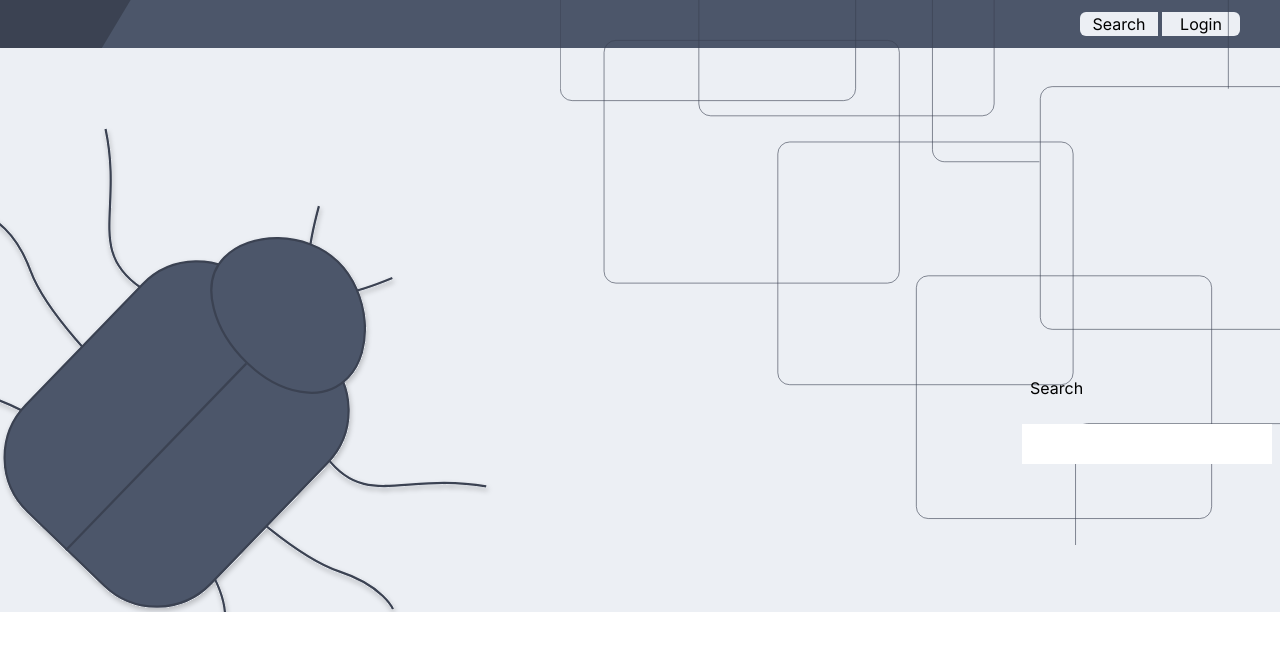
Repository: Qu4ntumGuy/project-bug
Page: /
These files come from the project's save history. The page is drawn as it stood at one moment and after the next save; the edit follows.
The browser window is 1280 px wide. The pictures show the whole page.
The project was rebuilt for these pictures with package versions that can differ from the ones it lists, and the page was loaded fresh each time. The framework's server and built-in components were replaced by stand-ins that run in the browser. Also part of the build but not shown: next.config.mjs.

Above is the page before, as saved 2024-02-11 23:57:43.

### src/app/layout.js
import { Inter } from "next/font/google";
import "./globals.css";

const inter = Inter({ subsets: ["latin"] });

export default function RootLayout({ children }) {
  return (
    <html lang="en">
      <head>
        <title>Project-bug</title>
        <meta name="description" content="Description goes here." />
        <link rel="preconnect" href="https://fonts.googleapis.com" />
        <link rel="preconnect" href="https://fonts.gstatic.com" crossorigin />
        <link
          href="https://fonts.googleapis.com/css2?family=Fira+Code:wght@300;400;500;600&display=swap"
          rel="stylesheet"
        />
      </head>
      <body className={inter.className}>{children}</body>
    </html>
  );
}

### src/app/page.js
import Navbar from "@/components/Navbar";
import Image from "next/image";
import bug from "../../public/Bug.svg";
import bgdesign from "../../public/bgDesign.svg";
import bgmain from "../../public/bg-main.svg";

export default function Home() {
  const bgimg = "/Bug.svg";
  return (
    <div className="bg-[#ECEFF4] overflow-hidden ">
      <Navbar />
      <div className="flex justify-between">
        {/* <Image className="" src={bug} alt="bug" />
        <Image className=" top-1 w-[100%]" src={bgdesign} alt="bgdesign" /> */}
        <div className="">
          <Image className="w-full" src={bug} alt="bug" />
        </div>
        <div className="w-full">
          <Image className="-mt-40" src={bgdesign} alt="bgdesign" />
        </div>
        <div className="absolute right-0 top-[50%]">
          <form className="flex flex-col">
            <label className="p-2 m-2" htmlFor="search">
              Search
            </label>
            <input className="p-2 m-2" type="text" />
          </form>
        </div>
      </div>
    </div>
  );
}

### src/app/globals.css
@tailwind base;
@tailwind components;
@tailwind utilities;

/* :root {
  --foreground-rgb: 0, 0, 0;
  --background-start-rgb: 214, 219, 220;
  --background-end-rgb: 255, 255, 255;
} */

/* @media (prefers-color-scheme: dark) {
  :root {
    --foreground-rgb: 255, 255, 255;
    --background-start-rgb: 0, 0, 0;
    --background-end-rgb: 0, 0, 0;
  }
} */

body {
  color: rgb(var(--foreground-rgb));
  background: rgba(255, 255, 255, 1);
  font-family: 'Fira Code', monospace;
}

@font-face {
  font-family: "Fira Code";
  src: url("../../public/font/FiraCode-VariableFont_wght.ttf")
    format("truetype");
}


/* @layer utilities {
  .text-balance {
    text-wrap: balance;
  }
} */

### src/components/Navbar.js
import Image from "next/image";
import reactangle from "../../public/Rectangle 5.svg";

export default function Navbar() {
  return (
    <nav className="h-[10%] w-full bg-[#4C566A] flex justify-end">
      <div className="absolute flex -left-1 -top-1">
        <Image
          src={reactangle}
          alt="reactangle"
          height={52}
          className=" rounded-md"
        />
      </div>
      <div className="flex m-3 w-40 mr-10 justify-between">
        <div className="flex bg-[#ECEFF4] w-full mr-1 rounded-l-md items-center justify-center align-middle">
          <button>Search</button>
        </div>
        <div className="flex bg-[#ECEFF4] w-full rounded-r-md items-center justify-center align-middle">
          <button>Login</button>
        </div>
      </div>
    </nav>
  );
}

Loaded but not shown: tailwind.config.js (common file)

After the next save:
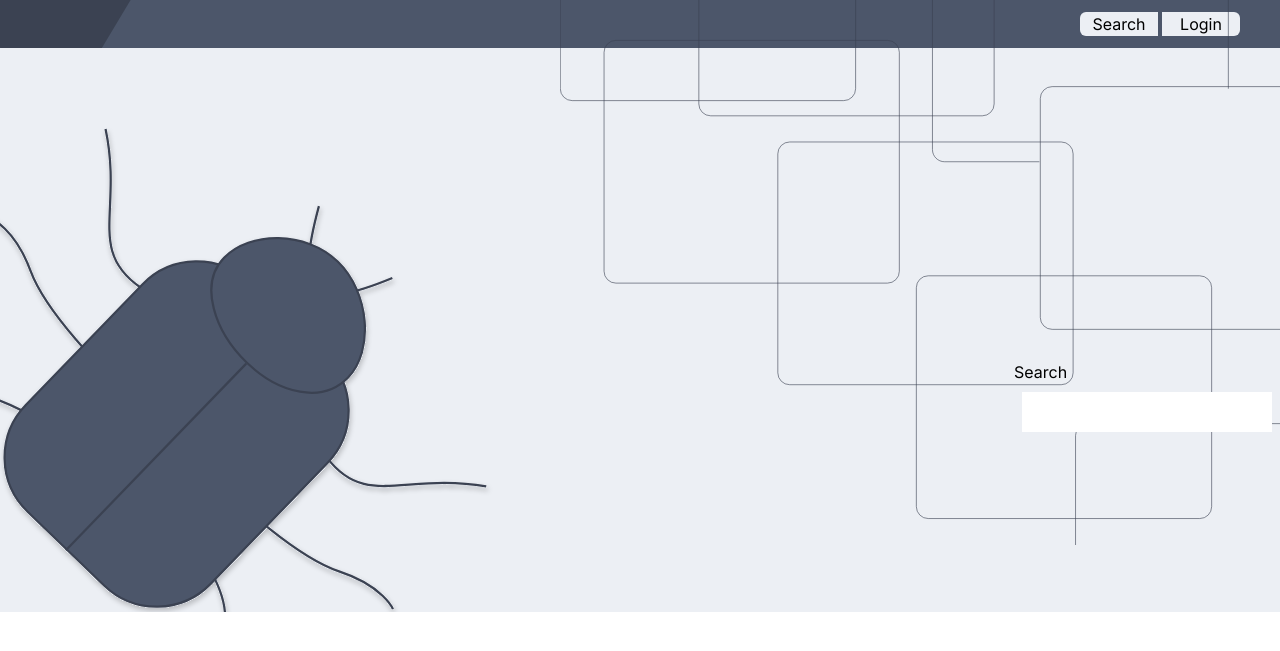
Saved 19 s later.
--- a/src/app/page.js
+++ b/src/app/page.js
@@ -20,7 +20,7 @@ export default function Home() {
         </div>
         <div className="absolute right-0 top-[50%]">
           <form className="flex flex-col">
-            <label className="p-2 m-2" htmlFor="search">
+            <label className="" htmlFor="search">
               Search
             </label>
             <input className="p-2 m-2" type="text" />
